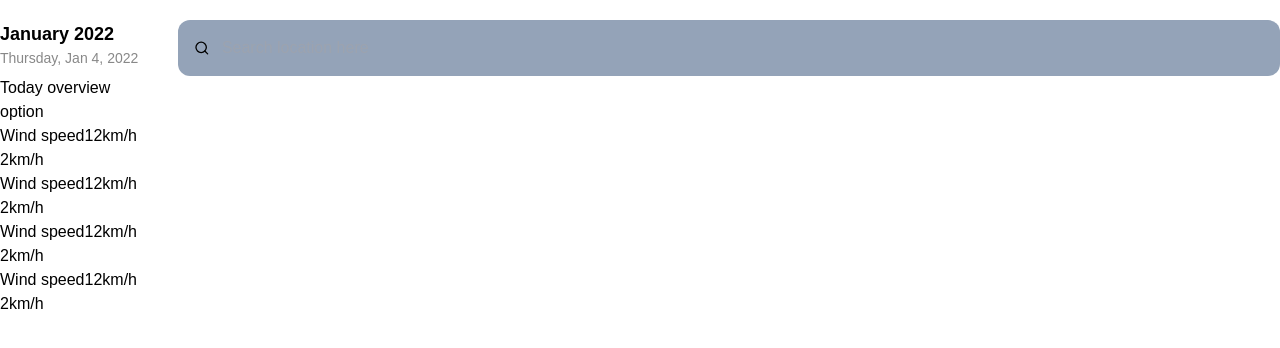
Repository: theweirdboiz/datawarehouse-ui
Page: /
An editor plug-in stored every save of this project. The page is shown before and after the next save, followed by the edit.
The browser window is 1280 px wide. The pictures show the whole page.
The project was rebuilt for these pictures with package versions that can differ from the ones it lists, and the page was loaded fresh each time. Also part of the build but not shown: vite.config.js.

Above is the page before, as saved 2022-11-23 16:08:11.

### index.html
<!DOCTYPE html>
<html lang="en">
  <head>
    <meta charset="UTF-8" />
    <link rel="icon" type="image/svg+xml" href="/vite.svg" />
    <meta name="viewport" content="width=device-width, initial-scale=1.0" />
    <title>Weather - Datawarehouse</title>
  </head>
  <body>
    <div id="root"></div>
    <script type="module" src="/src/main.jsx"></script>
  </body>
</html>

### src/App.jsx
import { useState } from "react";
import { FiSearch } from "react-icons/fi";
function App() {
  const date = "font-[900] text-lg";
  const detailDate = "text-sm text-[#888]";

  return (
    <div className="container mx-auto">
      <div className="">
        <section className="content">
          <div className="mt-[20px] flex gap-x-10">
            <div className="flex-col">
              <h3 className={date}>January 2022</h3>
              <div className={detailDate}>Thursday, Jan 4, 2022</div>
            </div>
            <div className="content__search p-4 flex items-center gap-x-3 flex-1 rounded-xl bg-slate-400">
              <FiSearch />
              <input
                className="w-full bg-transparent"
                type="text"
                placeholder="Search location here"
              />
            </div>
          </div>
          <div className="content__detail">
            <div className="">
              <h4>Today overview</h4>
              <div className="">option</div>
              <div className="content__detail-box">
                <div className="content__detail-item">
                  <i></i>
                  <div className="speed">
                    Wind speed
                    <span>12km/h</span>
                  </div>
                  <span>2km/h</span>
                </div>
                <div className="content__detail-item">
                  <i></i>
                  <div className="speed">
                    Wind speed
                    <span>12km/h</span>
                  </div>
                  <span>2km/h</span>
                </div>
                <div className="content__detail-item">
                  <i></i>
                  <div className="speed">
                    Wind speed
                    <span>12km/h</span>
                  </div>
                  <span>2km/h</span>
                </div>
                <div className="content__detail-item">
                  <i></i>
                  <div className="speed">
                    Wind speed
                    <span>12km/h</span>
                  </div>
                  <span>2km/h</span>
                </div>
              </div>
            </div>
          </div>
        </section>
      </div>
    </div>
  );
}

export default App;

### src/index.scss
@tailwind base;
@tailwind components;
@tailwind utilities;

@layer base {
  @import url("https://fonts.googleapis.com/css2?family=Poppins:wght@300;500;600;900&display=swap");

  *,
  *::before,
  *::after {
    box-sizing: border-box;
  }
  * {
    margin: 0;
    padding: 0;
  }
  body {
    line-height: 1.5;
    font-family: "Poppins", sans-serif;
  }
  img,
  picture,
  video,
  canvas,
  svg {
    display: block;
    max-width: 100%;
  }
  input,
  button,
  textarea,
  select {
    outline: none;
  }
  p,
  h1,
  h2,
  h3,
  h4,
  h5,
  h6 {
    overflow-wrap: break-word;
  }
}

Loaded but not shown: src/main.jsx (common file); tailwind.config.cjs (common file)

After the next save:
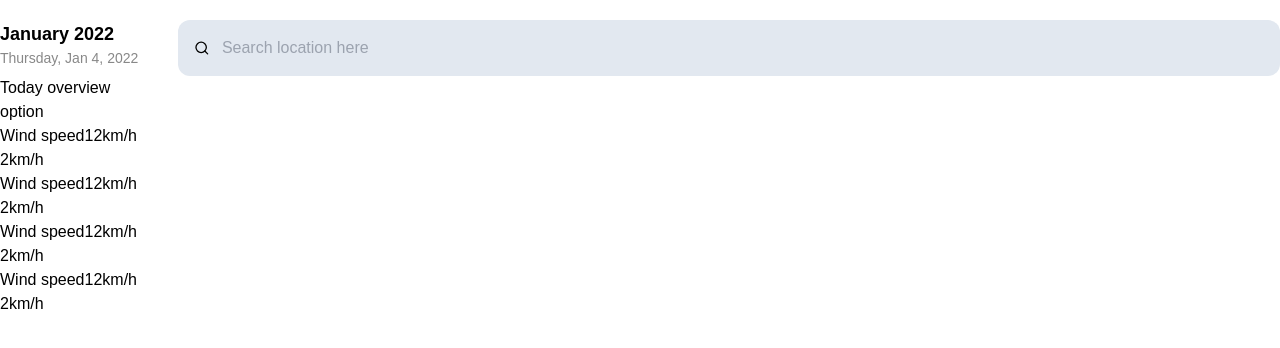
Saved 29 s later.
--- a/src/App.jsx
+++ b/src/App.jsx
@@ -13,7 +13,7 @@ function App() {
               <h3 className={date}>January 2022</h3>
               <div className={detailDate}>Thursday, Jan 4, 2022</div>
             </div>
-            <div className="content__search p-4 flex items-center gap-x-3 flex-1 rounded-xl bg-slate-400">
+            <div className="content__search p-4 flex items-center gap-x-3 flex-1 rounded-xl bg-slate-200">
               <FiSearch />
               <input
                 className="w-full bg-transparent"
